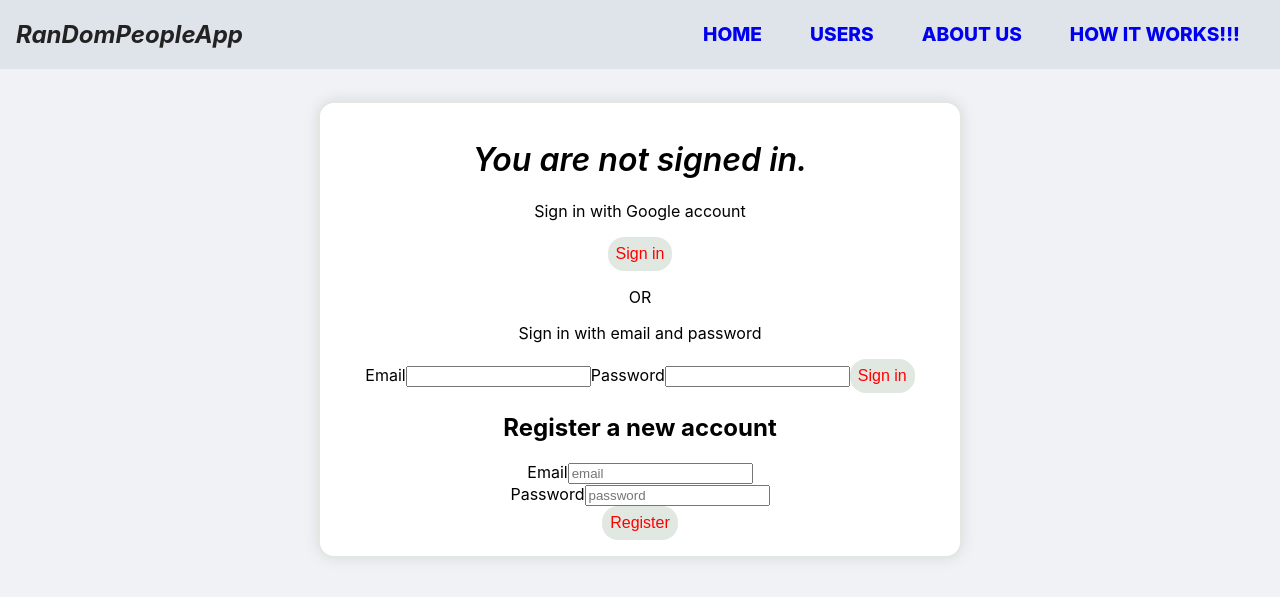
Repository: MikkyPrestige/RandomProfiles
Page: /profile
The author's editor kept a copy of each file at every save. The page is drawn from the files as they stood at one save, then again after the next save.
The browser window is 1280 px wide. The pictures show the whole page.
The page's requests for data from a server got no answer. The project was rebuilt for these pictures with package versions that can differ from the ones it lists, and the page was loaded fresh each time. Some packages were replaced by stand-ins written for this rebuild. No one was signed in, and anything a server would have sent is missing. Also part of the build but not shown: src/assets/styles/home.css, src/components/avatar.jsx, src/components/home.jsx, src/assets/styles/users.css, src/components/users.jsx, src/assets/styles/search.css, src/components/search.jsx, src/assets/styles/help.css and 6 more.

Above is the page before, as saved 2022-11-30 03:18:39.

After the next save:
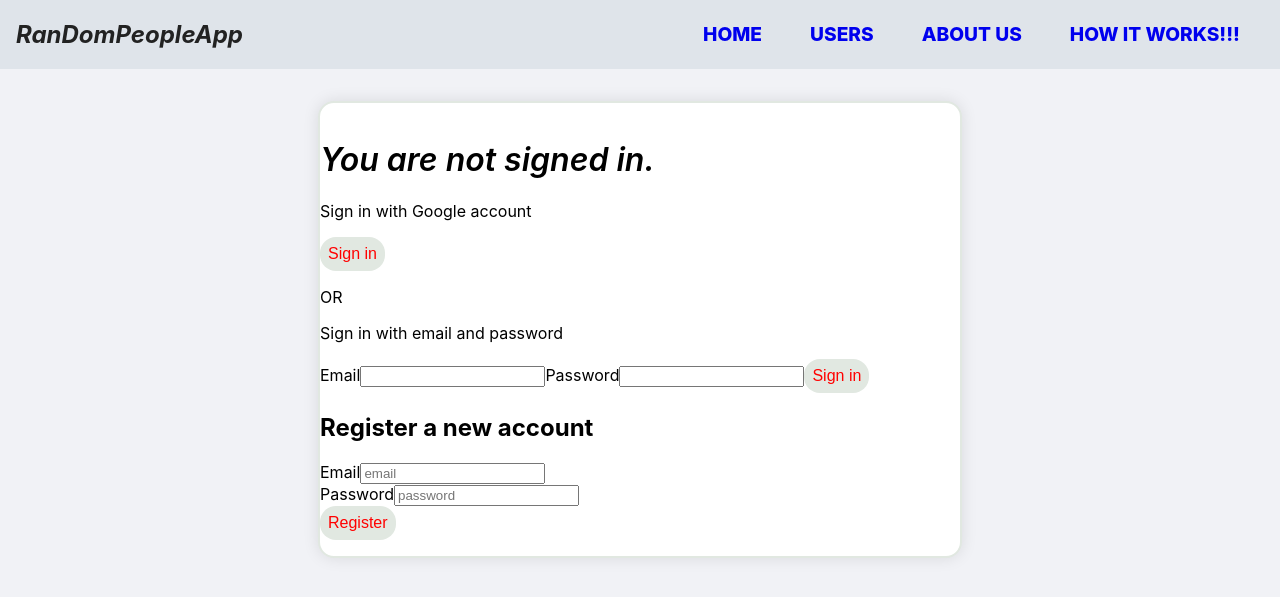
Saved 16 s later.
--- a/src/assets/styles/profile.css
+++ b/src/assets/styles/profile.css
@@ -11,8 +11,7 @@
 }
 
 .profile__desc {
-  /* margin-top: 1rem; */
-  text-align: center;
+  /* text-align: center; */
 }
 
 .profile__user {

After the save that followed:
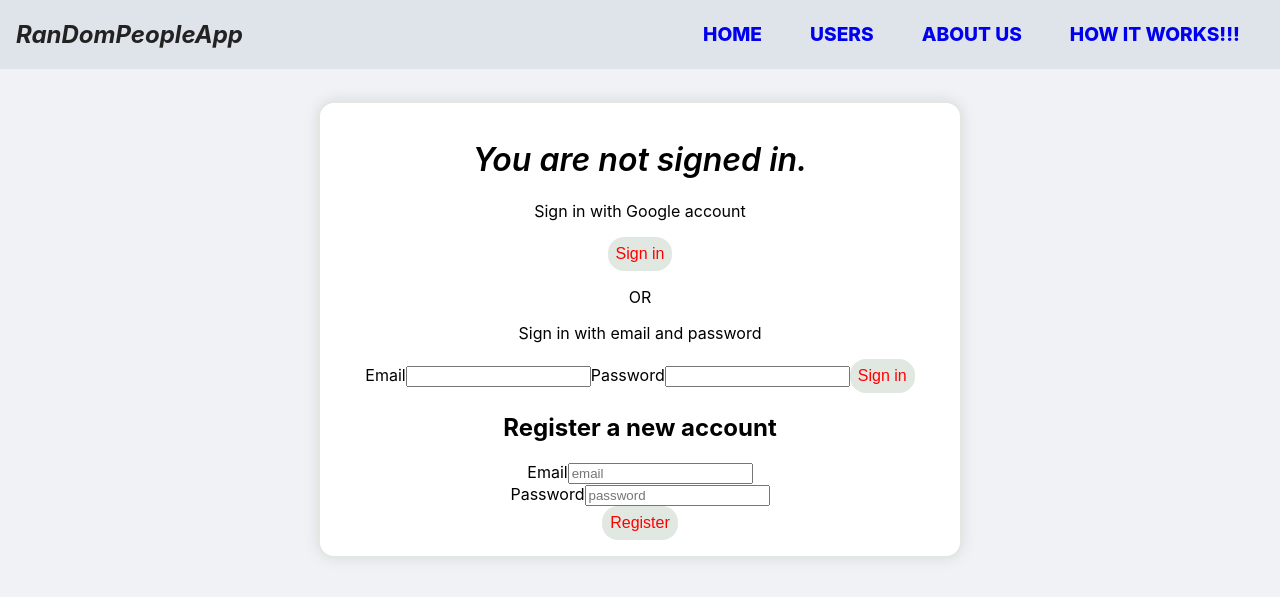
Saved 8 s later.
--- a/src/assets/styles/profile.css
+++ b/src/assets/styles/profile.css
@@ -11,7 +11,7 @@
 }
 
 .profile__desc {
-  /* text-align: center; */
+  text-align: center;
 }
 
 .profile__user {
